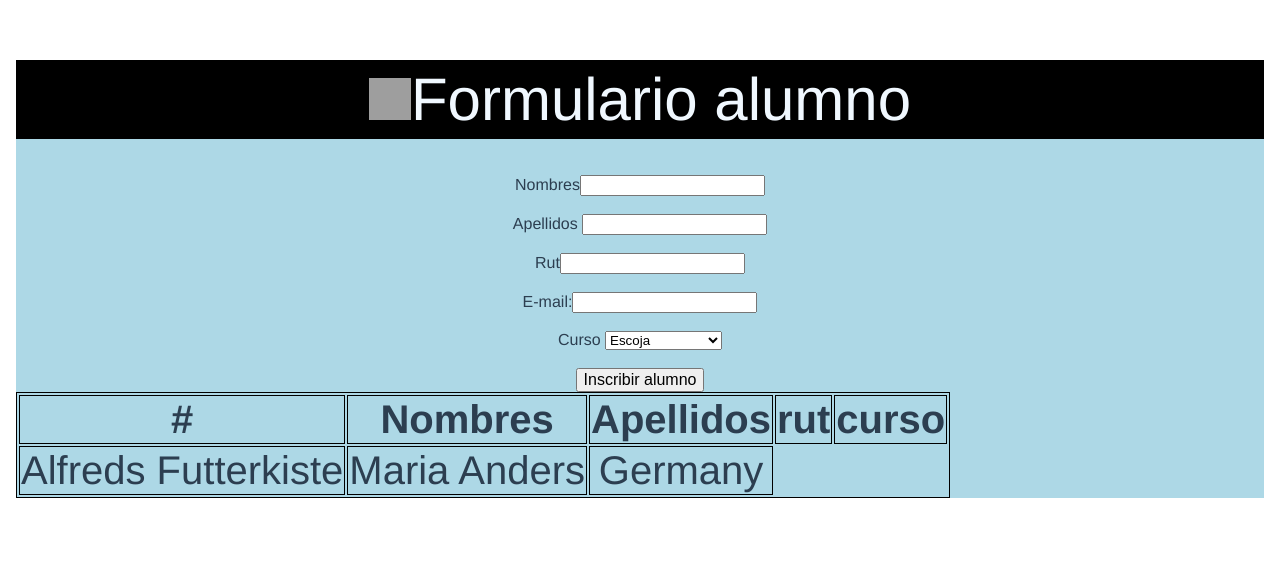
Repository: franciscamanquecheo/Tarea6ET
Page: / (app in my-project/)
The author's editor kept a copy of each file at every save. The page is drawn from the files as they stood at one save, then again after the next save.
The browser window is 1280 px wide. The pictures show the whole page.
Pictures or frames that could not be fetched are drawn as grey boxes. The project was rebuilt for these pictures with package versions that can differ from the ones it lists, and the page was loaded fresh each time. Also part of the build but not shown: my-project/vue.config.js.

Above is the page before, as saved 2022-06-19 23:40:47.

### my-project/src/App.vue
<template>

  <HelloWorld msg="Welcome to Your Vue.js App"/>
</template>

<script>
import HelloWorld from './components/HelloWorld.vue'

export default {
  name: 'App',
  components: {
    HelloWorld
  }
}
</script>

<style>
#app {
  font-family: Avenir, Helvetica, Arial, sans-serif;
  -webkit-font-smoothing: antialiased;
  -moz-osx-font-smoothing: grayscale;
  text-align: center;
  color: #2c3e50;
  margin-top: 60px;
}
</style>

### my-project/src/components/HelloWorld.vue

/*use eslint-disable */
<template>
  <body>
     <div>


       <a href="pagPrincipal.html">
      <img src="\my-project\src\assets\home.png" style="width:42px;height:42px;">
      </a>
      <span>Formulario alumno</span>

     </div>

  <form>
        <br><br>
          <label for="exampleInputEmail1">Nombres</label>
          <input type="email" class="form-control" id="exampleInputEmail1" aria-describedby="emailHelp"><br><br>
          <label for="fname">Apellidos </label>
          <input type="text" id="name" name="name" ><br><br>
          <label for="exampleInputPassword1" class="form-label">Rut</label>
          <input type="password" class="form-control" id="exampleInputPassword1"><br><br>
          <label for="lname">E-mail:</label>
          <input type="text" id="correo" name="correo">
          <br>
          <br>
          <label for="fname">Curso </label>
          <select name="name-cursos" id="Cursos">
            <option value="rigatoni">Escoja</option>
           <option value="rigatoni">Artes modernas</option>
            <option value="rigatoni">Lengua</option>
             <option value="rigatoni">Baile artistico</option>
              <option value="rigatoni">Ingles Medio</option>
          </select>



          <br><br>
          <button type="submit" class="btn btn-primary">Inscribir alumno</button>

      </form>
      <table class="table">
    <thead>
    <tr>
      <th scope="col">#</th>
      <th scope="col">Nombres</th>
      <th scope="col">Apellidos</th>
      <th scope="col">rut</th>
      <th scope="col">curso</th>

    </tr>
    </thead>
    <tbody>

     <tr>
    <td>Alfreds Futterkiste</td>
    <td>Maria Anders</td>
    <td>Germany</td>
  </tr>

    </tbody>
  </table>
  </body>

</template>

<script>
export default {

  name: 'HelloWorld',
  props: {
    msg: String
  }
}
</script>

<!-- Add "scoped" attribute to limit CSS to this component only -->
//<style scoped>
body {
    background-color: lightblue;
  }
  img{
    text-align: left;

  }
  span{
    color: aliceblue; font-size: 60px;
    text-align: center;

  }
  div{

    background-color: black;
            padding: 5px;
            font-size: 20px;

  }
  button{
    font-size: medium;
  }

   table,th,td{
     border:1px solid black;
    font-size: 40px;
  }

  form{
    text-align: center;
  }
  .table{
    font-size: 40px;
  }
</style>

Loaded but not shown: my-project/public/index.html (common file); my-project/src/main.js (common file)

After the next save:
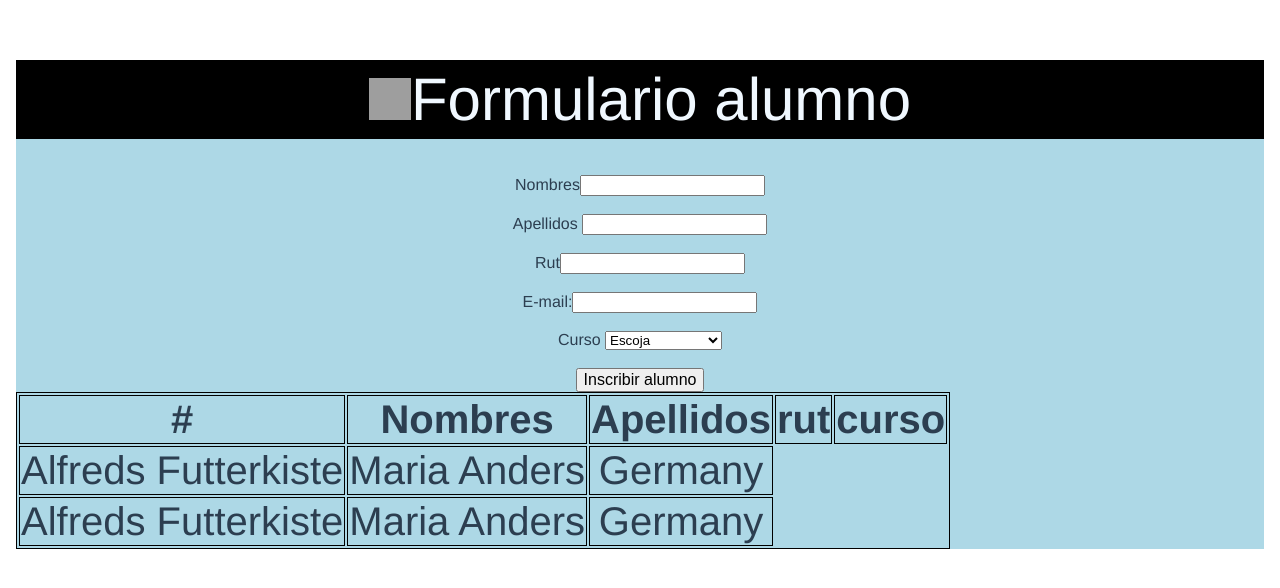
Saved 7 s later.
--- a/my-project/src/components/HelloWorld.vue
+++ b/my-project/src/components/HelloWorld.vue
@@ -57,6 +57,11 @@
     <td>Maria Anders</td>
     <td>Germany</td>
   </tr>
+    <tr>
+    <td>Alfreds Futterkiste</td>
+    <td>Maria Anders</td>
+    <td>Germany</td>
+  </tr>
 
     </tbody>
   </table>
